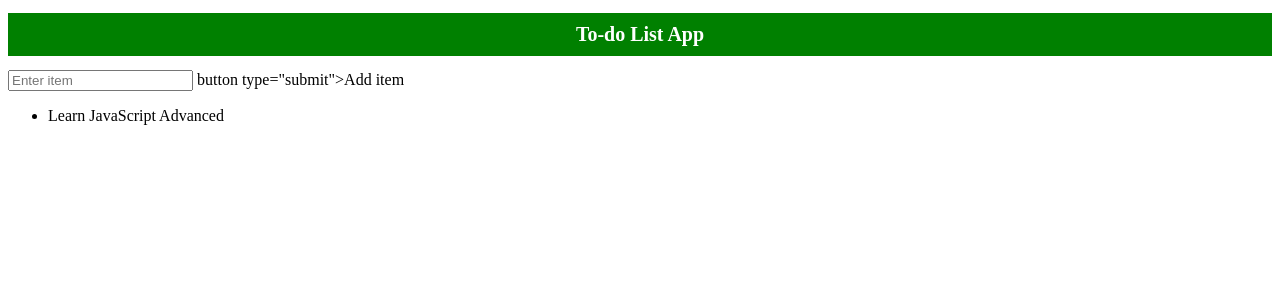
Repository: binhphanbp/WEB2064_JavaScript-Advanced_WD20305
Page: lesson4/lesson4.html
An editor plug-in stored every save of this project. The page is shown before and after the next save, followed by the edit.
The browser window is 1280 px wide. The pictures show the whole page.

Above is the page before, as saved 2025-09-22 13:11:07.

After the next save:
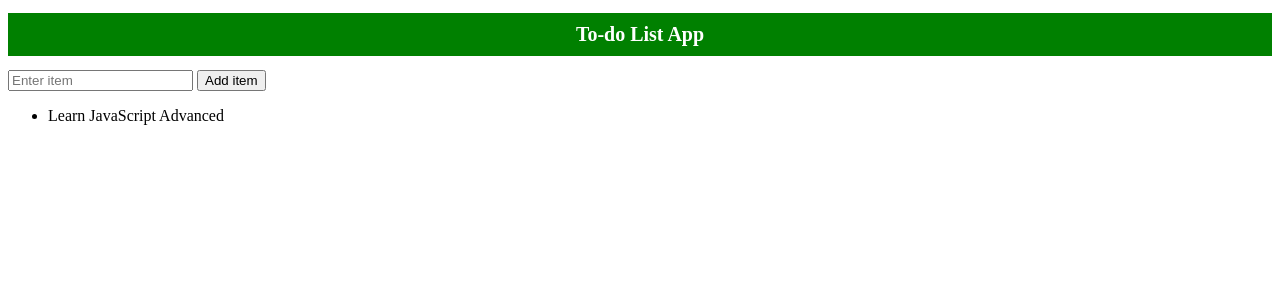
Saved 9 s later.
--- a/lesson4/lesson4.html
+++ b/lesson4/lesson4.html
@@ -53,7 +53,7 @@
       // 5. Thêm phần tử bằng HTML
       divTodo.innerHTML = `
         <input type="text" placeholder="Enter item">
-        button type="submit">Add item
+        <button type="submit">Add item</button>
       `;
     </script>
   </body>
